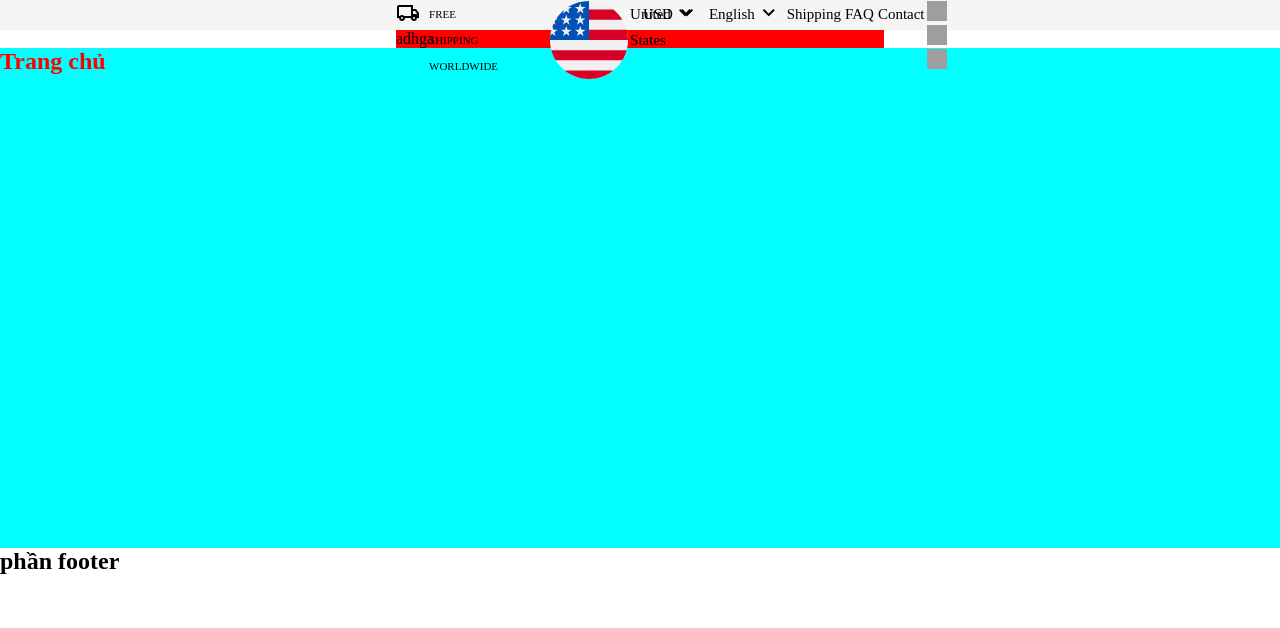
Repository: tatvanhco/shopper
Page: /
An editor plug-in stored every save of this project. The page is shown before and after the next save, followed by the edit.
The browser window is 1280 px wide. The pictures show the whole page.
Pictures or frames that could not be fetched are drawn as grey boxes. The project was rebuilt for these pictures with package versions that can differ from the ones it lists, and the page was loaded fresh each time.

Above is the page before, as saved 2022-09-24 11:55:18.

After the next save:
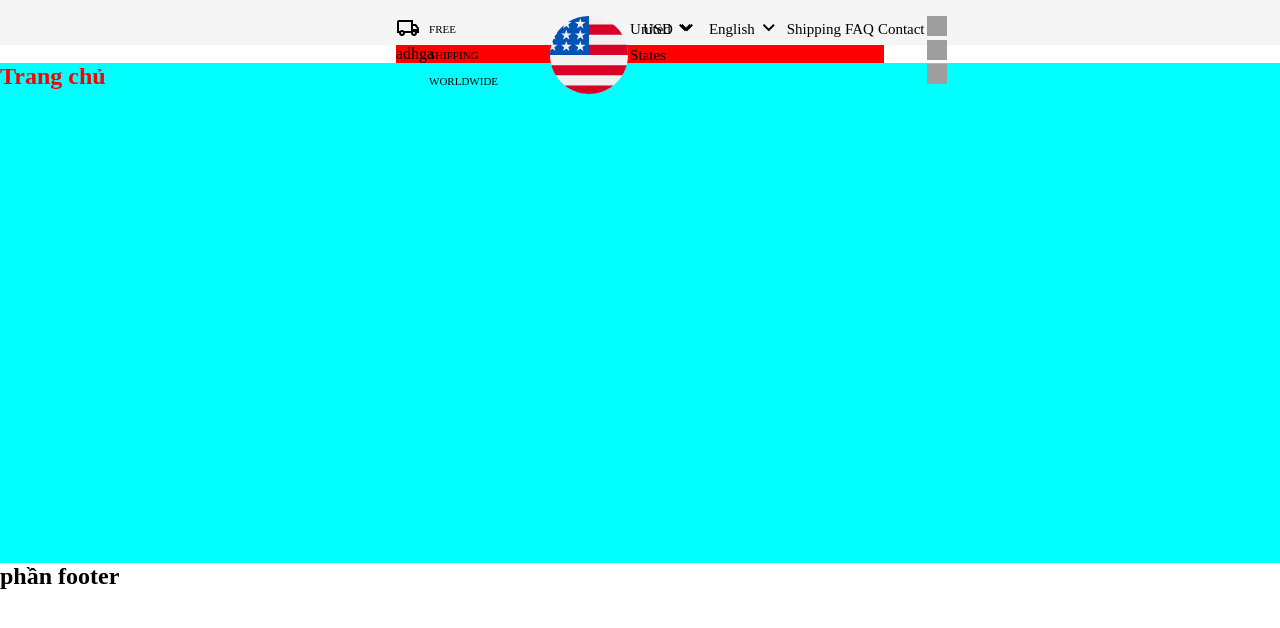
Saved 17 s later.
--- a/src/index.scss
+++ b/src/index.scss
@@ -3,7 +3,7 @@
 @import url('https://fonts.googleapis.com/css2?family=Material+Symbols+Outlined:opsz,wght,FILL,GRAD@20..48,100..700,0..1,-50..200');
 
 body {
-    margin: -15px 0 0 0;
+    margin: 0;
     padding: 0;
     /* font-family: -apple-system, BlinkMacSystemFont, 'Segoe UI', 'Roboto', 'Oxygen', 'Ubuntu', 'Cantarell', 'Fira Sans',
         'Droid Sans', 'Helvetica Neue', sans-serif; */
